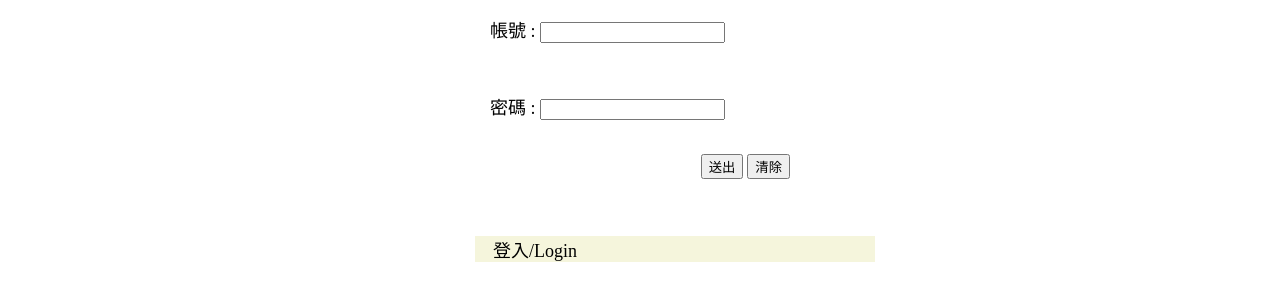
Repository: 107368009jungchengtsai/health
Page: http://localhost/login_demo/login.jsp
The author's editor kept a copy of each file at every save. The page is drawn from the files as they stood at one save, then again after the next save.
The browser window is 1280 px wide. The pictures show the whole page.
The page is served by Tomcat 9. Other server files are loaded and not shown.

Above is the page before, as saved 2019-12-19 19:03:37.

### Final_project_2/workspace/login_demo/WebContent/login.jsp
<%@ page language="java" contentType="text/html; charset=BIG5"
    pageEncoding="BIG5"%>
<!DOCTYPE html PUBLIC "-//W3C//DTD HTML 4.01 Transitional//EN" "http://www.w3.org/TR/html4/loose.dtd">
<html>
<head>
<meta http-equiv="Content-Type" content="text/html; charset=BIG5">
<title>Login Page</title>
</head>

<script language="JavaScript">


function checkNameAndPassIsEmptyOrNot()
{

	if (FORM1.userIDText.value == "" && FORM1.userPassText.value == "")
	{

		alert("請輸入帳號/密碼");
	}
	else if (FORM1.userIDText.value == "")
	{

		alert("請輸入帳號");
	}
	else if (FORM1.userPassText.value == "")
	{
		alert("請輸入密碼");
	}
	else if (FORM1.userIDText.value != "" && FORM1.userPassText.value != "")
	{
		FORM1.submit();
	}
	else
	{
		alert("something wrong!");
	}
}

</script>


<body>
<div id="loginpage" class="show"
			style="margin: 0px auto; height: 300px; width: 1200px">

			<div id="loginpage" style="margin: 0px auto;width:300px;height:100px;">

			<form action="UserInfoServlet" method=post name=FORM1>
				<span style="margin: 0px auto;">
					<P>
						<font size='4' face=標楷體  style="background-color:#f5f5dc;height:26px;width:400px;position: absolute; left:475px; top: 236px;">&nbsp;&nbsp;&nbsp;&nbsp;登入/Login</font>
					</P>

					<P>
						<font face=標楷體 size='4'>帳號 : </font> <input type=text name=userIDText value="">
					</P>
					<BR />
					<P>
						<font face=標楷體 size='4'>密碼 : </font><input type=password name=userPassText value="">
					</P>
					<BR />
				</span>
				<span style="float: right;">
					<input type="submit" value="送出"
						name=button1 onClick="checkNameAndPassIsEmptyOrNot()" />
					<input
						type="reset" value="清除" name=reset1 />
				</span>
			</form>
			</div>



		</div>
</body>
</html>

After the next save:
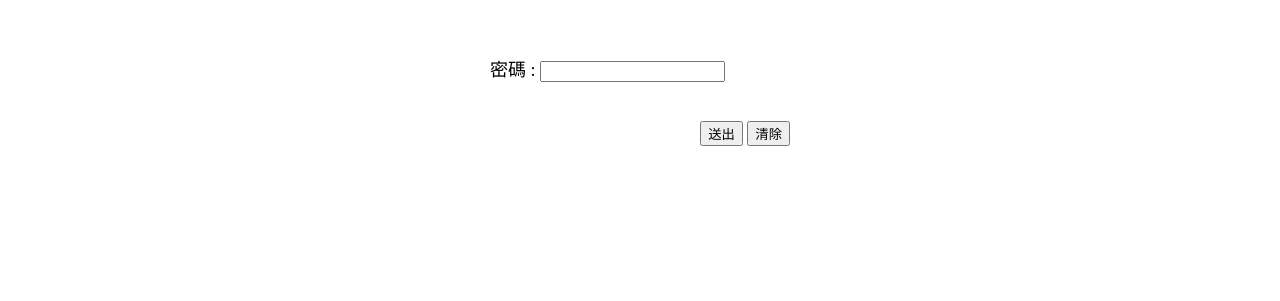
Saved 21 s later.
--- a/Final_project_2/workspace/login_demo/WebContent/login.jsp
+++ b/Final_project_2/workspace/login_demo/WebContent/login.jsp
@@ -49,7 +49,7 @@ function checkNameAndPassIsEmptyOrNot()
 			<form action="UserInfoServlet" method=post name=FORM1>
 				<span style="margin: 0px auto;">
 					<P>
-						<font size='4' face=標楷體  style="background-color:#f5f5dc;height:26px;width:400px;position: absolute; left:475px; top: 236px;">&nbsp;&nbsp;&nbsp;&nbsp;登入/Login</font>
+						<font size='4' face=標楷體  style="background-color:#f5f5dc;height:26px;width:400px;登入/Login</font>
 					</P>
 
 					<P>
